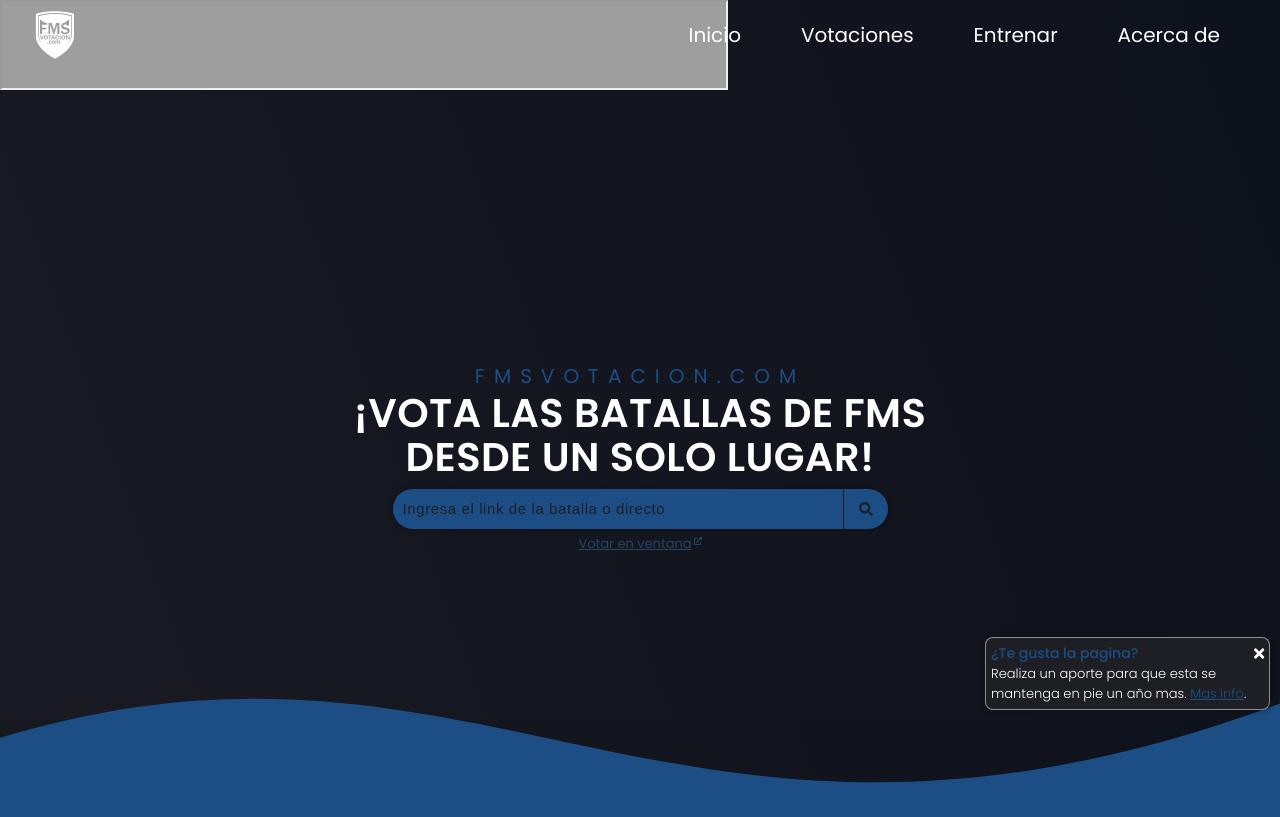
Repository: ezegonzalez912/fmsvotacion2
Page: /
These files come from the project's save history. The page is drawn as it stood at one moment and after the next save; the edit follows.
The browser window is 1280 px wide. The pictures show the whole page.
Pictures or frames that could not be fetched are drawn as grey boxes. The page's requests for data from a server got no answer. The project was rebuilt for these pictures with package versions that can differ from the ones it lists, and the page was loaded fresh each time. No one was signed in, and anything a server would have sent is missing. Also part of the build but not shown: src/components/screens/AboutScreen.js, src/helpers/palabras.js, src/hooks/useWords.js, src/hooks/usePracticeMode.js, src/components/practica/BeatItem.js, src/hooks/useListBeats.js, src/components/screens/PracticeScreen.js, src/components/Contexts/CompContext.js and 45 more.

Above is the page before, as saved 2021-08-17 16:53:30.

### public/index.html
<!DOCTYPE html>
<html lang="en">
  <head>
    <meta charset="utf-8" />
    <link rel="icon" href="%PUBLIC_URL%/favicon.ico" />
    <meta name="viewport" content="width=device-width, initial-scale=1" />
    <meta name="theme-color" content="#000000" />
    <meta
      name="description"
      content="Vota batallas con formato FMS desde un solo lugar, de manera sencilla, sin la necesesidad de descargar nada.
              COMO VOTAR FMS ARGENTINA CHILE PERU MEXICO COLOMBIA INTERNACIONAL ESPAÑA BNET DESCARGAR COMO VOTAR FMS ONLINE WOS FINAL FMS INTERNACIONAL RED BULL DECIMALES
              2021 2018 FORMATO FMS"
    />
    <link rel="apple-touch-icon" href="%PUBLIC_URL%/logo192.png" />
    <!--
      manifest.json provides metadata used when your web app is installed on a
      user's mobile device or desktop. See https://developers.google.com/web/fundamentals/web-app-manifest/
    -->
    <link rel="manifest" href="%PUBLIC_URL%/manifest.json" />
    <link rel="preconnect" href="https://fonts.googleapis.com">
    <link rel="preconnect" href="https://fonts.gstatic.com" crossorigin>
    <link rel="stylesheet" href="https://cdnjs.cloudflare.com/ajax/libs/animate.css/4.1.1/animate.min.css" />
    <link href="https://fonts.googleapis.com/css2?family=Poppins:wght@100;200;300;400;500;600&display=swap" rel="stylesheet">
    <title>FMS Votación</title>
  </head>
  <body>
    <noscript>You need to enable JavaScript to run this app.</noscript>
    <div id="root"></div>
    <!--
      This HTML file is a template.
      If you open it directly in the browser, you will see an empty page.

      You can add webfonts, meta tags, or analytics to this file.
      The build step will place the bundled scripts into the <body> tag.

      To begin the development, run `npm start` or `yarn start`.
      To create a production bundle, use `npm run build` or `yarn build`.
    -->
  </body>
</html>

### src/styles/app.scss
@forward "./settings/main";
@forward "./components/menu";
@forward "./components/mode";
@forward  "./components/subtitles-mode";
@forward "./components/modal";
@forward "./components/navbar";
@forward "./components/screens";
@forward "./components/videoAndVote";
@forward "./components/searchVideo";
@forward "./components/error";
@forward "./components/votedSaveds";
@forward "./components/about";
@forward "./components/apoya";
@forward "./components/practice";
@forward "./settings/settings";

### src/styles/settings/_main.scss
@use "../settings/colors" as c;

body, html{
    background: c.$gradient-primary;
    margin: 0;
    height: auto;
    width: auto;
    box-sizing: border-box;
    font-family: 'Poppins', sans-serif;
}

*{
    margin: 0;
    padding: 0;
    box-sizing: border-box;
}

*::-webkit-scrollbar {
    width: 8px;     /* Tamaño del scroll en vertical */
    height: 8px;    /* Tamaño del scroll en horizontal */
}

*::-webkit-scrollbar-thumb {
    background: rgba(43, 42, 42, 0.267);
    border-radius: 4px;
    box-shadow: 0px 0px 6px rgba(0, 0, 0, 0.315);
}

*::-webkit-scrollbar-track {
    background: c.$dark-primary;
    box-shadow: 0px 0px 6px rgba(0, 0, 0, 0.158);
}

*{
    scroll-behavior: smooth;
}

@media (max-width:280px){
    body, html{
        background: c.$dark-primary;
    }
}

### src/styles/settings/_colors.scss
$primary: #1c4d85;
$secundary: #244463;
// $dark-primary: #1a1a1b;
// $dark-secundary: #242425;
$border: rgba(255, 255, 255, 0.5);
//$gradient-primary: linear-gradient(250.3deg, rgb(24, 24, 24), #242425);
$gradient-primary: linear-gradient(250.3deg, #0E121C, #191A22);
$dark-primary: #16181f;
$dark-secundary: #1d1f25;

### src/styles/settings/_mixins.scss
@use "../settings/colors" as c;

@mixin center($direction) {
    align-items: center;
    display: flex;
    flex-direction: $direction;
    justify-content: center;
}

@mixin input {
    border-style: none;
    outline: none;
    color: white;
    border-radius: 8px;
    font-size: 18px;
    font-weight: 600;
    text-align: center;
    width: 27px;
    height: 27px;
}

@mixin inputNormal {
    border-style: none;
    outline: none;
    cursor: pointer;
    border-radius: 8px;
    font-size: 14px;
    transition: .2s;
}

### src/styles/components/_mode.scss
@use "../settings/colors" as c;
@use "../settings/mixins" as m;

.mode__main{
    display: flex;
    justify-content: space-evenly;
    align-items: center;
    width: 100%;
    height: auto;
    box-sizing: border-box;
    p{
        width: 12%;
        margin: 0;
    }
}

.mode__name{
    @include m.inputNormal;
    cursor: text;
    padding: 3px 0;
    text-align: center;
    background-color: c.$dark-secundary;
    border: 1px solid c.$border;
    color: white;
    width: 17%;
    margin: 0;
    &:focus{
        border: 1px solid c.$primary;
    }
}

.mode__input{
    @include m.input;
    margin: 0 3px;
    background-color: c.$dark-secundary;
}

.mode__input2{
    @include m.input;
    margin: 0 3px 0 10px;
    background-color: c.$dark-secundary;
}

.mode__inputRes{
    @include m.center(column);
}

.mode__checkbox{
    height: 15px;
    margin: 3px 0 0 0;
    color: red;
}

.mode__total{
    @include m.input;
    background-color: c.$dark-secundary;
    color: white;
    margin-left: 10px;
    font-size: 13px;
    width: 35px;
}

.mode__res{
    @include m.center(row)
}

.mode__resultado{
    @include m.center(row);
    justify-content: space-evenly;
    width: 100%;
    p{
        margin: 0 0 5px 0;
    }
    div {
        @include m.center(column);
    }
}

.mode__resultado-subtitle{
    margin: 0;
    color: c.$primary;
    font-weight: 600;
    letter-spacing: .45px;
}

### src/styles/components/_subtitles-mode.scss
@mixin default($padding) {
    display:flex;
    justify-content: flex-end;
    width: 100%;
    text-align: right;
    padding-right: $padding;
    p{
        font-size: 10px;
        font-weight: 300;
        margin-top: 0;
        margin-bottom: 0;
    }
}

.subtitle_4{
    margin-left: 7px;
}
.subtitle_3{
    margin-left: 5px;
}
.subtitle_2{
    margin-left: 4px;
}

.menu__easy-subtitle{
    @include default(72px);
}

.menu__hard-subtitle{
    @include default(83px);
}

.menu__tematica-subtitle{
    @include default(104px);
}

.menu__random-subtitle{
    @include default(60px);
}

.menu__sangre-subtitle{
    @include default(82px);
}

.menu__deluxe-subtitle{
    @include default(22px);
}

### src/styles/components/_modal.scss
@use "../settings/colors" as c;
@use "../settings/mixins" as m;

.modal__main{
    display: none;
    top: 0;
    left: 0;
    position: fixed;
    height: 100%;
    width: 100%;
    background-color: rgba(16, 16, 22, 0.664);
    z-index: 999;
    text-align: center
}

.modal__main-open{
    @include m.center(column);
}

.modal__container{
    @include m.center(column);
    background-color: c.$dark-primary;
    border: 1px solid c.$border;
    border-radius: 8px;
    color: white;
    padding: 20px;
    width: 300px;
    p{
        margin: 0 10px 20px 10px;
    }
    label{
        font-size: 13px;
        display: flex;
        width: 100%;
        padding-left: 10px;
    }
}

@mixin button{
    @include m.inputNormal;
    padding: 8px;
    color: white;
    border: 1px solid c.$border;
    margin: 0 5px;
    background-color: c.$dark-secundary;
}

.modal__button{
    @include button;
    &:hover{
        background-color: c.$primary;
    }
}

.modal__input{
    @include m.inputNormal;
    border: 1px solid c.$border;
    background-color: c.$dark-primary;
    padding: 10px;
    color: white;
    width: 100%;
    margin-bottom: 10px;
    box-sizing: border-box;
    cursor: text;
    &:focus{
        border: 1px solid c.$primary;
    }
}

@media (max-width:300px){
    .modal__container{
        width: 95%;
    }
}

### src/styles/components/_screens.scss
@use "../settings/colors" as c;
@use "../settings/mixins" as m;

.screen__main{
    box-sizing: border-box;
    min-height: 600px;
    min-width: 280px;
    height: 100vh;
    width: 100%;
}

.screen__vote{
    margin-top: 70px;
    width: 100%;
    display: flex;
    justify-content:center;
    align-items: center;
    height: 100vh;
    min-height: 400px;
    min-width: 280px;
}

.vote-window__screen{
    @include m.center(column);
    height: 100vh;
    width: 100%;
}

.about__screen{
    position: relative;
    width: 100%;
    min-height: 100vh;
    height: auto;
    min-width: 280px;
}

.vote-saved__screen{
    min-width: 280px;
    height: auto;
    width: 100%;
    padding-top: 100px;
    padding-bottom: 130px;
    box-sizing: border-box;
    min-height: 100vh;
    @include m.center(column);
    justify-content: flex-start;
    gap: 50px;
    position: relative;
}

.screen__practice{
    @include m.center(column);
    box-sizing: border-box;
    min-height: 100vh;
    min-width: 280px;
    padding-top: 80px;
    padding-bottom: 130px;
    height: auto;
    width: 100%;
    position: relative;
    z-index: 500;
}

### src/styles/components/_videoAndVote.scss
@use "../settings/colors" as c;
@use "../settings/mixins" as m;

.videoAndVote__main{
    width: 100%;
    height: 100vh;
    display: flex;
    flex-direction: column;
    justify-content: center;
    align-items: center;
    gap: 5px;
    padding: 5px;
}

.video-player{
    width: 100%;
    height: 100%;
    iframe{
        border-radius: 8px;
    }
}

@media (max-width: 738px){
    .videoAndVote__main{
        padding: 0;
    }
    .video-player{
        iframe{
            border-radius: 0;
        }
    }
    .vote-app__scroll{
        box-sizing: border-box;
        width: 100%;
        overflow-x: scroll;
        overflow-y: hidden;
        min-height: 195px;
        display: flex;
        align-items: flex-start;
        padding: 0 5px;
    }
}

### src/styles/components/_error.scss
@use "../settings/colors" as c;
@use "../settings/mixins" as m;

.searchVideo__ventana{
    @include m.center(row);
    width: 100%;
    z-index: 999 !important;
}

.searchVideo__practice{
    @include m.center(row);
    width: 100%;
    height: 100%;
    position: relative;
    top: -70px;
    z-index: 999 !important;
}

.error__container{
    z-index: 999 !important;
    @include m.center(row);
    position: absolute;
    width: 390px;
    padding: 5px 10px 10px 10px;
    top: 2vh;
    background: white;
    border-radius: 20px;
    box-shadow: 3px 3px 6px rgba(0, 0, 0, 0.315);
    svg{
        color: rgb(214, 97, 76);
        font-size: 60px;
        margin-right: 10px;
    }
    h2{
        color: c.$primary;
        font-size: 20px;
    }
    p{
        font-size: 14px;
    }
}

@media (max-width:800px){
    .error__container{
        width: 340px;
        padding: 5px 8px 8px 8px;
        svg{
            font-size: 60px;
            margin-right: 10px;
        }
        h2{
            font-size: 16px;
        }
        p{
            font-size: 12px;
        }
    }
}

@media (max-width:390px){
    .error__container{
        width: 90%;
        svg{
            font-size: 50px;
            margin-right: 5px;
        }
        h2{
            font-size: 14px;
        }
        p{
            font-size: 11.5px;
        }
    }
}

### src/styles/components/_about.scss
@use "../settings/colors" as c;
@use "../settings/mixins" as m;

.about__main{
    @include m.center(column);
    align-items: flex-start;
    width: 100%;
    height: 100%;
    padding: 100px;
    padding-bottom: 150px;
    box-sizing: border-box;
    h1{
        color: white;
    }
}

.about__title{
    margin-bottom: 10px;
    h2{
        letter-spacing: 0.010em;
        font-size: 40px;
        font-weight: 600;
        text-align: center;
        line-height: 90%;
        color: white;
    }
    p{
        color: c.$primary;
        font-size: 20px;
        letter-spacing: 0.45em;
        font-weight: 500;
    }
}

.about__info{
    color: white;
    margin-bottom: 20px;
    max-width: 800px;
    h1{
        font-size: 18px;
        font-weight: 500;
    }
    p{
        font-size: 14px;
        font-weight: 300;
        a{
            color: c.$primary;
            &hover{
                color: c.$secundary;
            }
        }
    }
}

@media (max-width:700px){
    .about__main{
        padding-right: 40px;
        padding-left: 40px;
    }
    .about__title{
        h2{
            font-size: 30px;
        }
        p{
            font-size: 17px;
        }
    }
    .about__info{
        h1{
            font-size: 15px;
        }
        p{
            font-size: 13px;
        }
    }
}

@media (max-width:500px){
    .about__main{
        padding-right: 15px;
        padding-left: 15px;
    }
    .about__title{
        h2{
            font-size: 28px;
        }
        p{
            font-size: 15px;
        }
    }
    .about__info{
        h1{
            font-size: 13px;
        }
        p{
            font-size: 11px;
        }
    }
}
@media (max-width:400px){
    .about__main{
        padding-right: 10px;
        padding-left: 10px;
    }
    .about__title{
        h2{
            font-size: 24px;
        }
    }
}

### src/styles/components/_apoya.scss
@use "../settings/colors" as c;
@use "../settings/mixins" as m;

.apoya__main{
    position: absolute;
    background-color: c.$dark-secundary;
    border: 1px solid c.$border;
    border-radius: 8px;
    width: 285px;
    padding: 5px;
    bottom: 10px;
    right: 10px;
    box-shadow: 1px 1px 6px rgba(0, 0, 0, 0.315);
    h1{
        font-size: 14px;
        font-weight: 500;
        color: c.$primary;
    }
    p{
        font-size: 13px;
        padding-right: 10px;
        font-weight: 300;
        color: c.$dark-primary;
        color: white;
        span{
            color: c.$primary;
            text-decoration: underline;
            cursor: pointer;
            &:hover{
                color: c.$secundary;
            }
        }
    }
    z-index: 900;
}

.apoya__title{
    @include m.center(row);
    justify-content: space-between;
    svg{
        cursor: pointer;
        color: white;
        font-size: 15px;
    }
}

### src/styles/settings/_settings.scss
@use "../settings/colors" as c;
@use "../settings/mixins" as m;

.opacity-0{
    opacity: 0;
}

.dsp-none{
    display: none;
}

.pd-0{
    padding: 0;
}

.cursor-p{
    cursor: pointer;
}

.color-primary{
    color: c.$primary;
}

.f-w800{
    font-weight: 800;
}

.title-ppl{
    letter-spacing: 0.010em;
    font-size: 40px;
    font-weight: 600;
    text-align: center;
    line-height: 90%;
    color: white;
    z-index: 500;
}

.title-scy{
    text-align: center;
    color: c.$primary;
    font-size: 20px;
    letter-spacing: 0.45em;
    font-weight: 500;
    z-index: 400 !important;
}

.input-search{
    @include m.inputNormal;
    border-radius: 20px 0 0 20px;
    width: 450px;
    padding: 0 10px;
    height: 40px;
    color: c.$dark-secundary;
    cursor: text;
    background: c.$primary;
    &::placeholder{
        letter-spacing: 0.6px;
        color: c.$dark-secundary;
        font-size: 15px;
    }
}
.input-search-button{
    @include m.inputNormal;
    @include m.center(row);
    background: c.$primary;
    border-left: 1px solid c.$dark-secundary;
    border-radius: 0 20px 20px 0;
    padding: 0 15px;
    height: 40px;
    color: c.$dark-secundary;
    &:hover{
        background: c.$secundary;
    }
}

.dsp-flex{
    display: flex;
}

.form{
    @include m.center(row);
    width: 100%;
}

.select-none{
    -webkit-touch-callout: none; /* iOS Safari */
    -webkit-user-select: none; /* Safari */
    -khtml-user-select: none; /* Konqueror HTML */
    -moz-user-select: none; /* Old versions of Firefox */
    -ms-user-select: none; /* Internet Explorer/Edge */
    user-select: none;
}

@media (max-width:800px){
    .title-ppl{
        font-size: 30px
    }
    .title-scy{
        font-size: 15px;
    }
}
@media (max-width:600px){
    .input-search{
        width: 350px;
    }
}
@media (max-width:500px){
    .input-search{
        width: 100%;
    }
    .form{
        padding: 0 20px;
    }
}

### src/components/screens/MainScreen.js
import { faExternalLinkAlt, faSearch } from '@fortawesome/free-solid-svg-icons'
import { FontAwesomeIcon } from '@fortawesome/react-fontawesome'
import React, { useEffect, useState } from 'react'
import getVideoId from 'get-video-id';
import { Error } from '../Error';
import { Apoya } from '../Apoya';
import { Curve } from '../Curve';

export const MainScreen = ({history}) => {

    useEffect(() => {
        document.title = "FMS Votación - Inicio";
    }, []);

    const [searchInput, setSearchInput] = useState("")

    const [error, setError] = useState(false)

    const activeError = () => {
        setError(true)
        setSearchInput("")
        setTimeout(() => {
            setError(false)
        }, 2000)
    }

    const onSubmitButton = (e) => {
        e.preventDefault()
        const { id } = getVideoId(searchInput);
        id ? history.push(`vote=${id}`) : activeError()
    }

    const openWindow = () => {
        window.open(
          "/vote-window",
          "FMSVOTACION.COM",
          "width=752, height=220, scrollbars=NO"
        )
    }

    const toAbout = () => {
        history.push(`/about`)
        setTimeout(() => {
            window.scrollTo(0,1000)
        }, 200);
    }

    //${window.location.protocol === 'https:' ? 's' : ''}

    return (
            <div className="screen__main">
                <iframe
                    width="728"
                    height="90"
                    params="{}"
                    key="19bb3cb280ea14ee0a6ecbe91c9099f0"
                    title="ad"
                    src={`https://www.effectivedisplayformat.com/19bb3cb280ea14ee0a6ecbe91c9099f0/invoke.js`}
                />
                <Apoya toAbout={toAbout}/>
                <div className={`searchVideo__ventana animate__animated ${error ? "animate__bounceInDown" : "dsp-none"}`}>
                    <Error/>
                </div>
                <div className="searchVideo__main">
                    <div className="searchVideo__title">
                        <p>FMSVOTACION.COM</p>
                        <h2>¡VOTA LAS BATALLAS DE FMS <br /> DESDE UN SOLO LUGAR!</h2>
                    </div>
                    <form className="searchVideo__form" onSubmit={onSubmitButton}>
                        <input autoComplete="off" type="text" placeholder="Ingresa el link de la batalla o directo" onChange={e => setSearchInput(e.target.value)} value={searchInput}/>
                        <button type="submit">
                            <FontAwesomeIcon icon={faSearch} />
                        </button>
                    </form>
                    <div className="searchVideo____ventana">
                        <p onClick={openWindow}>Votar en ventana</p>
                        <FontAwesomeIcon icon={faExternalLinkAlt} />
                    </div>
                    <Curve />
                </div>
            </div>
    )
}

Loaded but not shown: src/routers/AppRouter.js (33 lines, source omitted); src/components/NavBar.js (33 lines, source omitted); src/components/Apoya.js (19 lines, source omitted); src/index.js (24 lines, source omitted); src/components/Error.js (15 lines, source omitted); src/components/Contexts/StartContext.js (22 lines, source omitted); src/components/Curve.js (11 lines, source omitted); src/App.js (8 lines, source omitted); src/styles/components/_votedSaveds.scss (245 lines, source omitted); src/styles/components/_menu.scss (183 lines, source omitted); src/styles/components/_practice.scss (165 lines, source omitted); src/styles/components/_searchVideo.scss (162 lines, source omitted); src/styles/components/_navbar.scss (113 lines, source omitted)

After the next save:
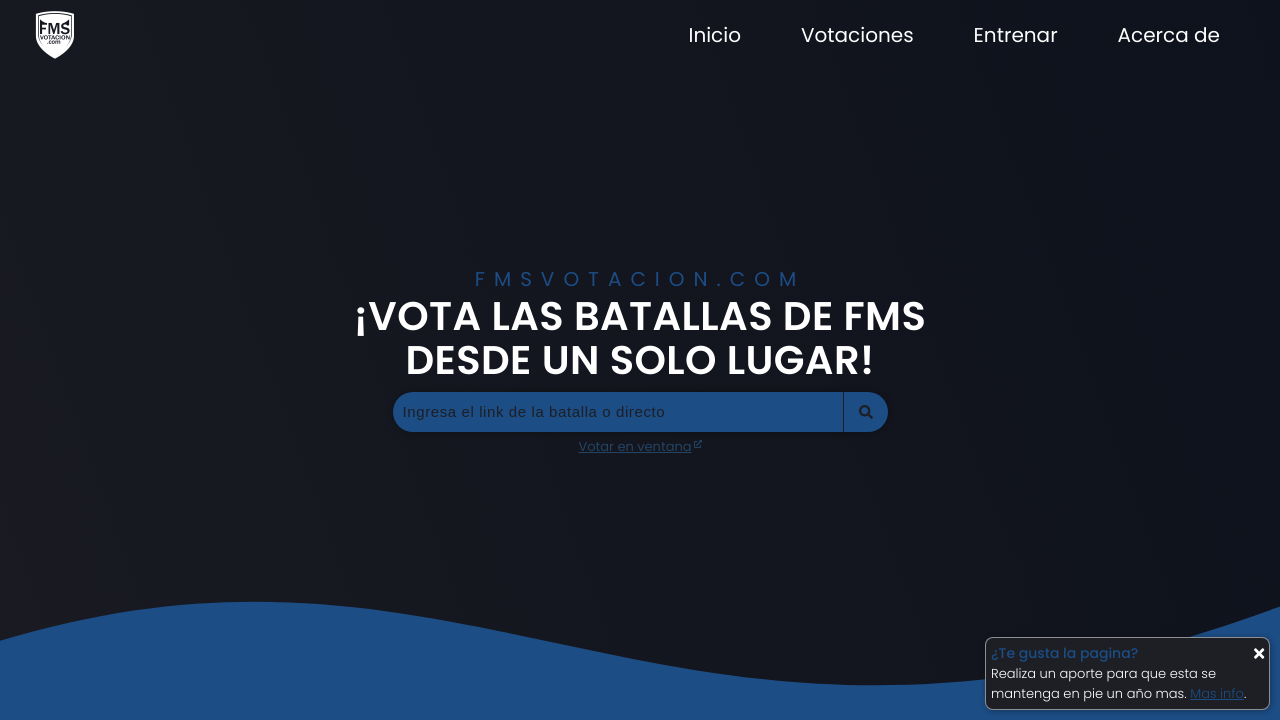
Saved 38 s later.
--- a/src/components/screens/MainScreen.js
+++ b/src/components/screens/MainScreen.js
@@ -49,7 +49,7 @@
 
     return (
             <div className="screen__main">
-                <iframe
+                <script
                     width="728"
                     height="90"
                     params="{}"

After the 6 saves that followed:
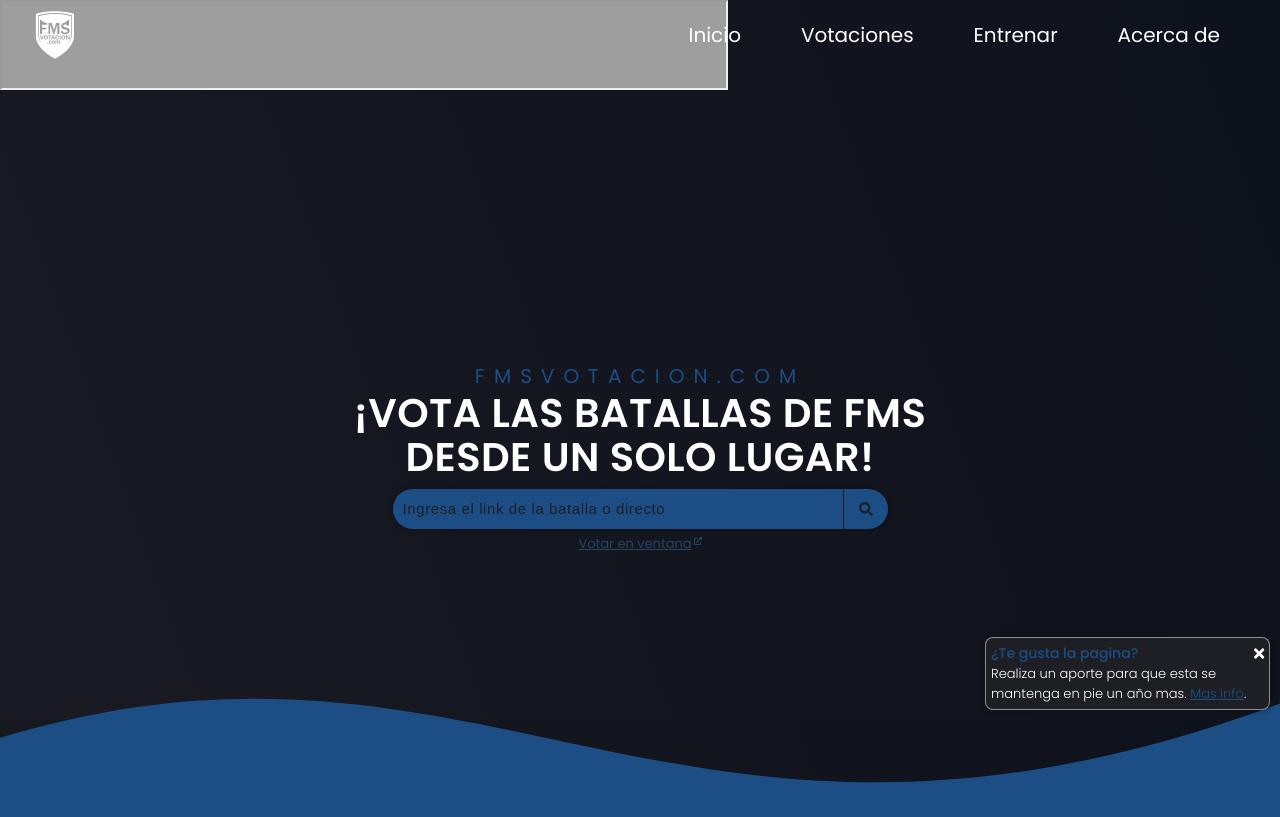
The 6 saves are shown as one change because 4 left the picture as it was and some came seconds apart.
The last was saved 89 s later.
--- a/src/components/screens/MainScreen.js
+++ b/src/components/screens/MainScreen.js
@@ -49,7 +49,9 @@
 
     return (
             <div className="screen__main">
-                <script
+                <iframe
+                    format="iframe"
+                    type="igra"
                     width="728"
                     height="90"
                     params="{}"
